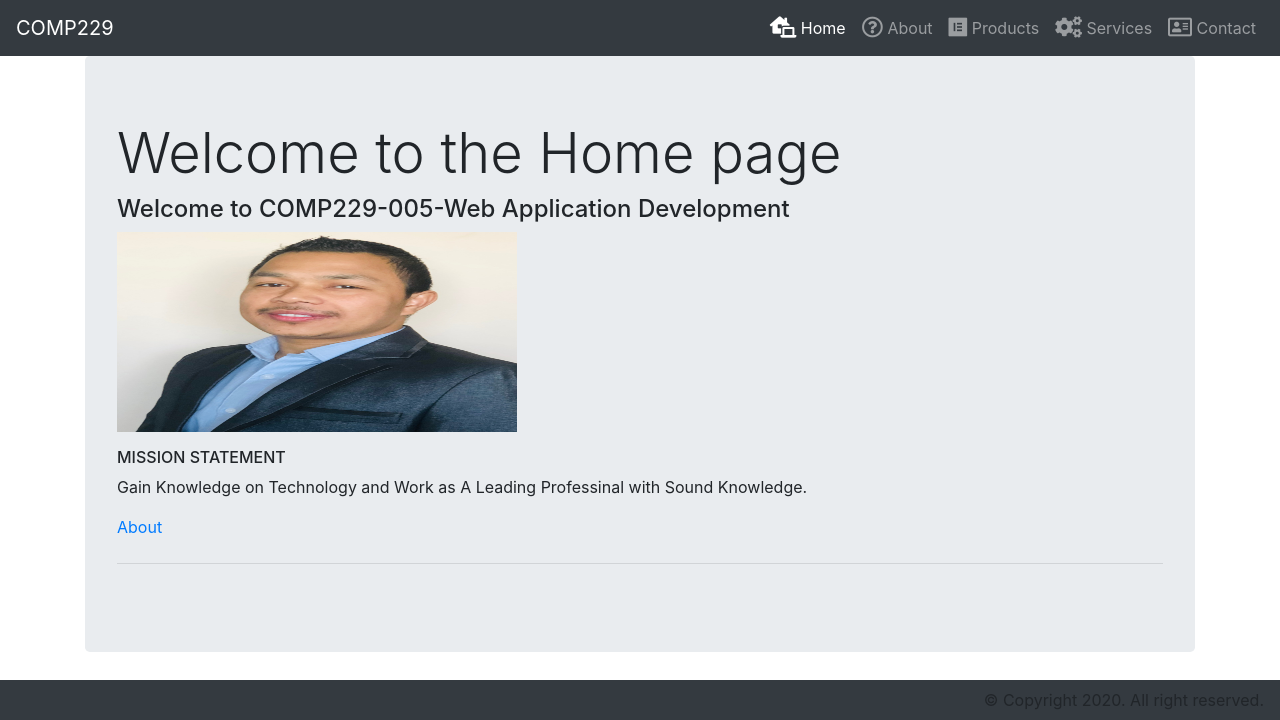
Repository: laxmangothe2020/COMP229Assignment
Page: http://localhost/
An editor plug-in stored every save of this project. The page is shown before and after the next save, followed by the edit.
The browser window is 1280 px wide. The pictures show the whole page.
The page is served by the project's Node server (server.js). Other server files are loaded and not shown.

Above is the page before, as saved 2021-02-11 01:02:42.

### views/index.ejs

<%- include partials/header.ejs %>

   <%- include partials/main_nav.ejs %>

      <!-- Main Contain -->
   <main class="container">
    <div class="jumbotron">
    <h1 class="display-4"> Welcome to the <%= title %> page </h1>
    <!--Using Switch case all infornation passed through here-->
      <% switch (title) {
        case 'Home' : %>
        <%- include partials/home.ejs %>
                <% break;

        case 'About' : %>
        <%- include partials/about.ejs %>
                <% break;

        case 'Products' : %>
        <%- include partials/products.ejs %>
                <% break;

        case 'Services' : %>
        <%- include partials/services.ejs %>
                <% break;

        case 'Contact' : %>
        <%- include partials/contact.ejs %>
              <% break;
       } %>
      <hr class="my-4">
    </div>
  </main>

   <%- include partials/bottom_nav.ejs %>


    <%- include partials/footer.ejs %>

### views/partials/header.ejs

<!DOCTYPE html>
<html lang="en">
  <head>
   <meta charset="UTF-8">
   <meta name="viewport" content="with=device-width, initial-scale=1.0">
    <title><%= title %></title>

  <!-- CSS Section-->
  <link rel="stylesheet" href="/bootstrap/dist/css/bootstrap.min.css">
  <link rel="stylesheet" href="/@fortawesome/fontawesome-free/css/all.min.css">
  <link rel='stylesheet' href='/Content/app.css'/>

</head>
<body>

### views/partials/main_nav.ejs
<!-- Main Navigation -->
   <nav class="navbar navbar-expand-lg navbar-dark bg-dark">
      <a class="navbar-brand" href="/">COMP229</a>
      <button class="navbar-toggler" type="button" data-toggle="collapse" data-target="#navbarSupportedContent" aria-controls="navbarSupportedContent" aria-expanded="false" aria-label="Toggle navigation">
       <span class="navbar-toggler-icon"></span>
     </button>

     <div class="collapse navbar-collapse" id="navbarSupportedContent">
        <ul class="navbar-nav ml-auto">

          <% if (title == "Home") { %>
        <li class="nav-item active">
        <% } else { %>
        <li class="nav-item">
        <% } %>
          <a class="nav-link" href="/home"><i class="fas fa-lg fa-laptop-house"></i> Home </a>
        </li>

        <% if (title == "About") { %>
          <li class="nav-item active">
          <% } else { %>
          <li class="nav-item">
          <% } %>
        <a class="nav-link" href="/about"><i class="far fa-lg fa-question-circle"></i> About </a>
        </li>

        <% if (title == "Products") { %>
          <li class="nav-item active">
          <% } else { %>
          <li class="nav-item">
          <% } %>
        <a class="nav-link" href="/products"><i class="fab fa-lg fa-elementor"></i> Products </a>
        </li>

        <% if (title == "Services") { %>
          <li class="nav-item active">
          <% } else { %>
          <li class="nav-item">
          <% } %>
        <a class="nav-link" href="/services"><i class="fas fa-lg fa-cogs"></i> Services </a>
        </li>

        <% if (title == "Contact") { %>
          <li class="nav-item active">
          <% } else { %>
          <li class="nav-item">
          <% } %>
        <a class="nav-link" href="/contact"><i class="far fa-lg fa-address-card"></i> Contact </a>

        </li>

      </div>
    </nav>

### views/partials/home.ejs
<body>

    <div class="content">
        <h4>Welcome to COMP229-005-Web Application Development</h4>
        <img src="./Assets/images/lax.jpeg" width="400" height="200" >
        <p>
            <h6> MISSION STATEMENT</h6> Gain Knowledge on Technology and Work as A Leading Professinal with Sound Knowledge.
        </p>
        <p>
            <a href="/about"> About </a>
        </p>
    </div>

</body>

### views/partials/about.ejs

         <div id="contentEditable">


                    <div style="background-color: #C0C0C0;margin-bottom: 10px">
                        <h3 style="padding-left: 40px;padding-top:20px;color: #AA7439"> About Me </h3>
                        <div style="width: 100%;height:100%;background-color:#C0C0C0;">
                            <img src="./Assets/images/laxman.jpeg" alt="Security for Life" width="175" style="float: right;margin-left: 30px;margin-right:30px">
                           <p style="padding-left:15px; padding-right: 10px; color:#696969;margin:20px;text-align: justify;line-height:1.7;padding-bottom: 20px;">
                             &nbsp;&nbsp;&nbsp;&nbsp;&nbsp;&nbsp;&nbsp;&nbsp;The Civil Homes REALTORS® is a small, family owned real estate company with full-time Professional REALTORS®. We have been in business in Madison since 1990 and have helped hundreds of people and families buy and sell homes throughout the years all over Madison, Dane County and the surrounding counties. The Civil Homes REALTORS® is licensed in the State of Toronto.
                             <br>
                             <br>&nbsp;&nbsp;&nbsp;&nbsp;&nbsp;&nbsp;&nbsp;&nbsp;We pride ourselves on the quality of service that we provide, not the quantity that we sell. We find that our clients are extremely satisfied with the services we provide, because they know that our first concern is always their best interests. The wants and needs of our clients are always at the forefront of our business practices and are the driving force behind all that we do.
                             <br>&nbsp;&nbsp;&nbsp;&nbsp;&nbsp;&nbsp;&nbsp;&nbsp;We pride ourselves on the quality of service that we provide, not the quantity that we sell.
                           </p>
                       </div>


                    </div>
        </div>
<p><a href="/public/PDF/resume.pdf"> Resume </a></button></p>

### views/partials/products.ejs
<div class="row">
    <div class="column">
        <img src="./Assets/images/mobile.jpg" width="350" height="250" >
        <p> The main purpose to develop this project is<br>
            to roll the dice. we have two diaces here, <br>
            when we click on the roll button, it shows<br>
            the number and also shows the total number<br>
            by adding the number of both dice.</p>
    </div>
    <div class="column">
        <img src="./Assets/images/game.jpg" width="350" height="250" >
        <p> This is the Slot Machine Project. The main<br>
            purpose to develop this project is to show<br>
            how the jackpot works. When we bet  amount<br>
            and play,it shows either we win the game or<br>
            loose. It shows credic, balance and jackpot.</p>
    </div>
    <div class="column">
        <img src="./Assets/images/software.jpg" width="350" height="250" >
        <p> This is a 5 page project of Web Application<br>
            The main purpose to develop this project is <br>
            to run multi-pages and show the importance <br>
            of each pages. Home, About, Products, Services<br>
            and Contact pages are the pages of this project</p>
    </div>
 </div>

### views/partials/services.ejs
<div class="row">
    <div class="column">
        <img src="./Assets/images/qualityassurance.jpg" width="350" height="250" >
    </div>
    <div class="column">
        <img src="./Assets/images/softwaredev.jpg" width="350" height="250" >
    </div>
    <div class="column">
        <img src="./Assets/images/technical.jpg" width="350" height="250" >
    </div>
    <h3>Our Services:</h3> <br>
        <p>We work for several aspects of IT related tasks. Our Main purpose is to make sure on the Quality of our products.
            Similarly, Web designing, coding by using C#, JavaScript, Database are our major focus. We provide service to the customer
            in a fast paced way. All the customers are happy with our Service.
        </p>
</div>

### views/partials/contact.ejs
<div class="container">
    <h1 class="display-5">CONTACT FIELD</h1>
    <div id="errorMessage" class="alert alert-danger" role="alert" hidden>

    </div>
    <hr>
    <form id="conactForm">
      <div class="form-group">
        <label for="firstName">First Name</label>
        <input type="text" class="form-control" id="firstName" name="firstName" aria-describedby="firstName"
        placeholder="Enter First Name" required autofocus>
      </div>

      <div class="form-group">
        <label for="lastName">Last Name</label>
        <input type="text" class="form-control" id="lastName" name="lastName" aria-describedby="lastName"
        placeholder="Enter Last Name" required>
      </div>

      <div class="form-group">
        <label for="contactNumber">Contact Number</label>
        <input type="tel" class="form-control" id="contactNumber" name="contactNumber" aria-describedby="contactNumber"
        placeholder="Enter Contact Number" required>
      </div>

      <div class="form-group">
        <label for="emailAddress">Email address</label>
        <input type="email" class="form-control" id="emailAddress" name="emailAddress" aria-describedby="emailAddress"
        placeholder="Enter Email" required>
      </div>

      <div class="form-group">
        <label for="shortMessage">Your Message</label>
        <textarea class="form-control" id="shortMessage"  name="shortMessage" rows="3" aria-describedby="shortMessage" placeholder="--If you have Short message, please write here--" required></textarea></textarea>
      </div>

      <button type="button" value="Submit"class="btn btn-primary btn-lg"><i class="fas fa-file-import"></i>Send</button></a>
      <!--<button id="submitButton" type="submit" class="btn btn-primary btn-lg"><i class="fas fa-share-square"></i> Send</button> -->
      <button id="resetButton" type="reset" class="btn btn-warning btn-lg"><i class="fas fa-redo"></i> Reset</button>
      <br>
      <br>
      <br>
    </form>

  </div>

### views/partials/bottom_nav.ejs
<!-- Bottom Nav -->

    <footer>

       <nav class="navbar fixed-bottom navbar-dark bg-dark">
           <h5 class="display-6 navbar.text"> <h5 style="color:blue;"></h5>&copy; Copyright 2020. All right reserved.</h5>
       </nav>

    </footer>

### views/partials/footer.ejs
<!-- Script Section-->
    <script src="/jquery/dist/jquery.min.js"></script>
    <script src="/bootstrap/dist/js/bootstrap.min.js"></script>
    <script src="/Scripts/app.js"></script>
 </body>
</html>

### server.js
#!/usr/bin/env node

/**
 * Module dependencies.
 */

let app = require('./app');
let debug = require('debug')('week4:server');
let http = require('http');

/**
 * Get port from environment and store in Express.
 */

let port = normalizePort(process.env.PORT || '3000');
app.set('port', port);

/**
 * Create HTTP server.
 */

let server = http.createServer(app);

/**
 * Listen on provided port, on all network interfaces.
 */

server.listen(port);
server.on('error', onError);
server.on('listening', onListening);

/**
 * Normalize a port into a number, string, or false.
 */

function normalizePort(val) {
  let port = parseInt(val, 10);

  if (isNaN(port)) {
    // named pipe
    return val;
  }

  if (port >= 0) {
    // port number
    return port;
  }

  return false;
}

/**
 * Event listener for HTTP server "error" event.
 */

function onError(error) {
  if (error.syscall !== 'listen') {
    throw error;
  }

  let bind = typeof port === 'string'
    ? 'Pipe ' + port
    : 'Port ' + port;

  // handle specific listen errors with friendly messages
  switch (error.code) {
    case 'EACCES':
      console.error(bind + ' requires elevated privileges');
      process.exit(1);
      break;
    case 'EADDRINUSE':
      console.error(bind + ' is already in use');
      process.exit(1);
      break;
    default:
      throw error;
  }
}

/**
 * Event listener for HTTP server "listening" event.
 */

function onListening() {
  let addr = server.address();
  let bind = typeof addr === 'string'
    ? 'pipe ' + addr
    : 'port ' + addr.port;
  debug('Listening on ' + bind);
}

### routes/index.js
var express = require('express');
var router = express.Router();

/* GET home page. */
router.get('/', function(req, res, next) {
  res.render('index', { title: 'Home'});
});

/* GET home page. */
router.get('/home', function(req, res, next) {
  res.render('index', { title: 'Home'});
});

/* GET About page. */
router.get('/about', function(req, res, next) {
  res.render('index', { title: 'About'});
});

/* GET Products page. */
router.get('/products', function(req, res, next) {
  res.render('index', { title: 'Products'});
});

/* GET Services page. */
router.get('/services', function(req, res, next) {
  res.render('index', { title: 'Services'});
});


/* GET Contact us page. */
router.get('/contact', function(req, res, next) {
  res.render('index', { title: 'Contact'});
});

module.exports = router;

### app.js
//installed third party packages
let createError = require('http-errors');
let express = require('express');
let path = require('path');
let cookieParser = require('cookie-parser');
let logger = require('morgan');

let indexRouter = require('./routes/index');
let usersRouter = require('./routes/users');

let app = express();

// view engine setup
app.set('views', path.join(__dirname, 'views'));
app.set('view engine', 'ejs');

app.use(logger('dev'));
app.use(express.json());
app.use(express.urlencoded({ extended: false }));
app.use(cookieParser());
app.use(express.static(path.join(__dirname, 'public')));
app.use(express.static(path.join(__dirname, 'node_modules')));

app.use('/', indexRouter);
app.use('/users', usersRouter);
app.use('/public/images', express.static('./public/images') ) ;
app.use('/public/PDF', express.static('./public/PDF'));
app.use('/views/partials', express.static('./views/partials'));


// catch 404 and forward to error handler
app.use(function(req, res, next) {
  next(createError(404));
});

// error handler
app.use(function(err, req, res, next) {
  // set locals, only providing error in development
  res.locals.message = err.message;
  res.locals.error = req.app.get('env') === 'development' ? err : {};

  // render the error page
  res.status(err.status || 500);
  res.render('error');
  res.render('error', {title: 'Error'});
});

module.exports = app;

### public/Content/app.css
/* Custom CSS goes here */

### public/Scripts/app.js
// IIFE
(function(){
    function start()
    {
        console.log("App started...")
    }
    window.addEventListener("load", start);

})();

After the next save:
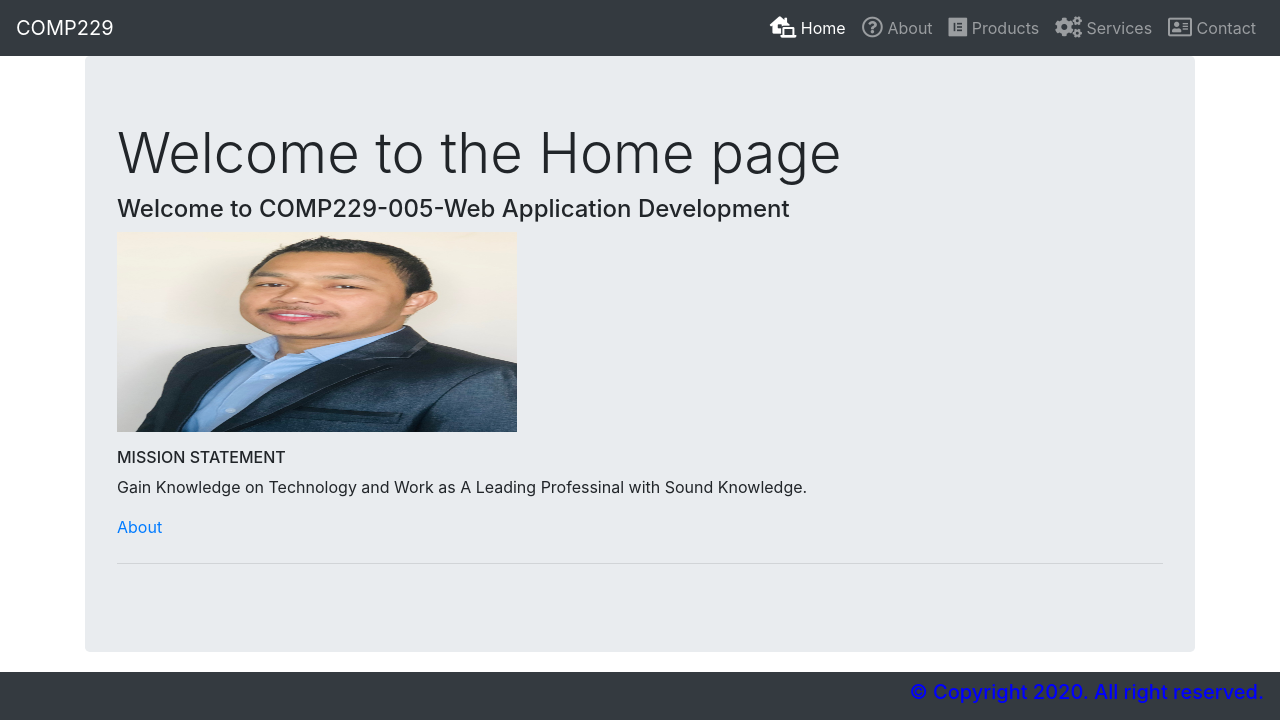
Saved 45 s later.
--- a/views/partials/bottom_nav.ejs
+++ b/views/partials/bottom_nav.ejs
@@ -3,7 +3,7 @@
     <footer>
 
        <nav class="navbar fixed-bottom navbar-dark bg-dark">
-           <h5 class="display-6 navbar.text"> <h5 style="color:blue;"></h5>&copy; Copyright 2020. All right reserved.</h5>
+           <h5 class="display-6 navbar.text"> <h5 style="color:blue;">&copy; Copyright 2020. All right reserved.</h5>
        </nav>
 
     </footer>
